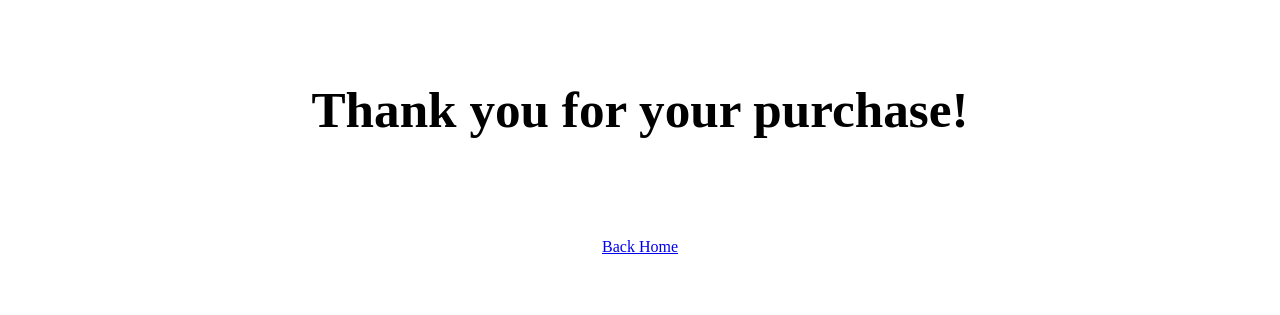
Repository: Andres513/CapStone
Page: /checkout
The author's editor kept a copy of each file at every save. The page is drawn from the files as they stood at one save, then again after the next save.
The browser window is 1280 px wide. The pictures show the whole page.
The project was rebuilt for these pictures with package versions that can differ from the ones it lists, and the page was loaded fresh each time. Also part of the build but not shown: vite.config.js, src/components/Login.jsx, src/components/Categories.jsx, src/components/Cart.jsx, src/components/FetchProducts.jsx, src/components/SingleProduct.jsx, src/components/ProductsByCategory.jsx, src/components/LoggedOut.jsx.

Above is the page before, as saved 2024-04-10 15:52:42.

### index.html
<!doctype html>
<html lang="en">
  <head>
    <meta charset="UTF-8" />
    <link rel="icon" type="image/svg+xml" href="/vite.svg" />
    <meta name="viewport" content="width=device-width, initial-scale=1.0" />
    <title>Fake Store!</title>
  </head>
  <body>
    <div id="root"></div>
    <script type="module" src="/src/main.jsx"></script>
  </body>
</html>

### src/App.jsx
import { useState } from 'react'
import FetchProducts from './components/FetchProducts'
import './App.css'
import { Routes, Route } from 'react-router-dom'
import Login from './components/Login'
import SingleProduct from './components/SingleProduct'
import ProductsByCategories from './components/ProductsByCategory'
import Cart from './components/Cart'
import { CartProvider } from './components/CartContext'
import LogOut from './components/LoggedOut'
import Checkout from './components/Checkout'

function App() {
  const [token, setToken] = useState(null)
  const [products, setProducts] = useState([])
  const [price, setPrice] = useState('')
  const [email, setEmail] = useState('')
  const [password, setPassword] = useState('')
  const [isLoggedIn, setIsLoggedIn] = useState(false)
  const [loggedOut, setLoggedOut] = useState(false)

  const handleSetToken = (newToken) => {
    setToken(newToken)
    setIsLoggedIn(true)
  }
  const handleSetProducts = (newProducts) => {
    setProducts(newProducts)
  }
  const handleSetPrice = (newPrice) => {
    setPrice(newPrice)
  }
  const handleLogout = () => {
    setToken(null)
    setIsLoggedIn(false)
    setLoggedOut(true)
  }
  return (

    <CartProvider isLoggedIn={isLoggedIn}>
      <>
        <Routes>
          <Route path="/login" element={<Login token={token} setToken={handleSetToken} email={email} setEmail={setEmail} password={password} setPassword={setPassword} isLoggedIn={isLoggedIn} setIsLoggedIn={setIsLoggedIn} handleLogout={handleLogout} />} />
          <Route path="/" element={<FetchProducts token={token} setToken={handleSetToken} products={products} setProducts={handleSetProducts} price={price} setPrice={handleSetPrice} isLoggedIn={isLoggedIn} handleLogout={handleLogout} loggedOut={loggedOut} setLoggedOut={setLoggedOut} />} />
          <Route path="/products/:id" element={<SingleProduct token={token} isLoggedIn={isLoggedIn} />} />
          <Route path="/category/:category" element={<ProductsByCategories products={products} setProduct={handleSetProducts} />} />
          <Route path="/cart" element={<Cart isLoggedIn={isLoggedIn} />} />
          <Route path="/logout" element={<LogOut />} />
          <Route path="/checkout" element={<Checkout/>}/>
        </Routes>
      </>
    </CartProvider>
  )
}

export default App

### src/index.css

* {
  margin: 0;
  padding: 0;
  box-sizing: border-box;
}
h1 {
  font-size: 3.2em;
  line-height: 1.1;
  padding-top: 50px;
  padding-bottom: 100px;
}

img {
  width: 70%;
  height: 70%;
}
.single-product > img {
  height: 60%;
  width: 60%;
  padding-top: 50px;
  padding-bottom: 50px;
}
.items-container {
  display: grid;
  grid-template-columns: repeat(auto-fill, minmax(200px, 1fr));
  grid-gap: 100px;
  padding-top: 50px;
}
.category-buttons {
  padding-bottom: 50px;
}
.category-container {
  display: grid;
  grid-template-columns: repeat(auto-fill, minmax(200px, 1fr));
  grid-gap: 100px;
  padding-top: 50px;
}
button {
  border-radius: 8px;
  border: 1px solid transparent;
  padding: 0.6em 1.2em;
  font-size: 1em;
  font-weight: 500;
  font-family: inherit;
  background-color: lightblue;
  cursor: pointer;
  transition: border-color 0.25s;
}
.navbar {
  float: right
}

### src/components/CartContext.jsx


import { createContext, useContext, useState, useEffect } from "react";

const CartContext = createContext()

export const useCart = () => useContext(CartContext)

export const CartProvider = ({ children }) => {
    const [cart, setCart] = useState(() => {
        const storedCart = localStorage.getItem('cart');
        return storedCart ? JSON.parse(storedCart) : [];
    });

    useEffect(() => {
        localStorage.setItem('cart', JSON.stringify(cart));
    }, [cart]);

    return (
        <CartContext.Provider value={{ cart, setCart }}>
            {children}
        </CartContext.Provider>
    )
}

### src/components/Checkout.jsx
import { Link } from "react-router-dom"

export default function Checkout(){

    return (
        <>
                <h1>Thank you for your purchase!</h1>
                <Link to="/">Back Home</Link>
        </>
    )
}

Loaded but not shown: src/main.jsx (common file); src/App.css (common file)

After the next save:
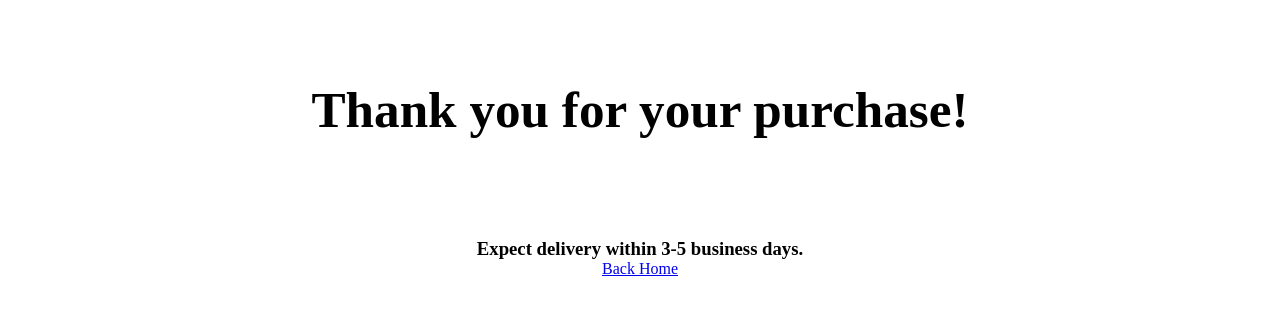
Saved 91 s later.
--- a/src/components/Checkout.jsx
+++ b/src/components/Checkout.jsx
@@ -5,6 +5,7 @@ export default function Checkout(){
     return (
         <>
                 <h1>Thank you for your purchase!</h1>
+                <h3>Expect delivery within 3-5 business days.</h3>
                 <Link to="/">Back Home</Link>
         </>
     )
